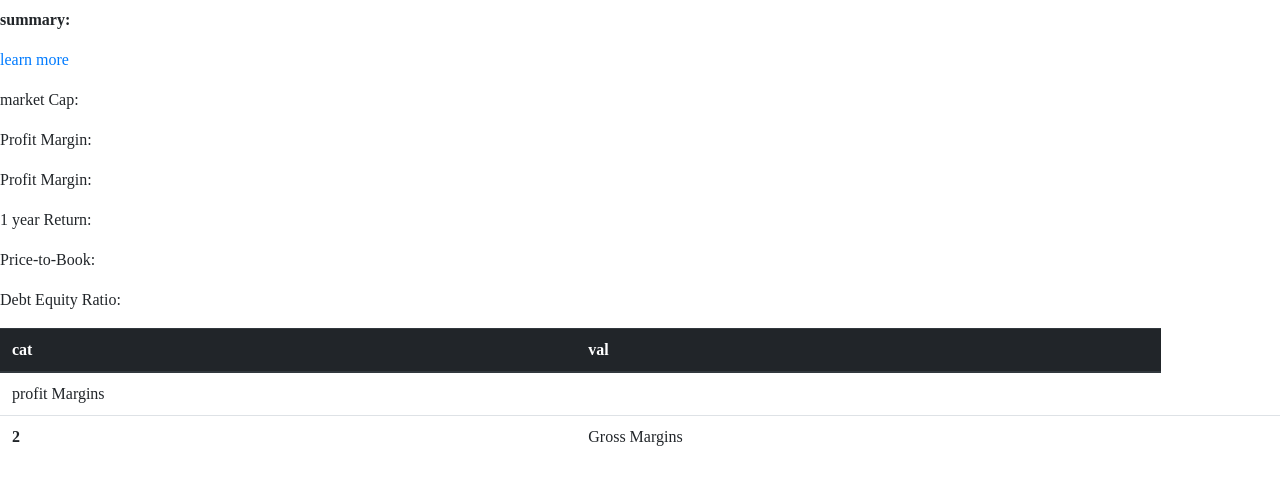
Repository: brendan12372/theSite
Page: topTen/templates/stocks/stock_detail.html
These files come from the project's save history. The page is drawn as it stood at one moment and after the next save; the edit follows.
The browser window is 1280 px wide. The pictures show the whole page.
Some web libraries are served in a nearby version. The page is served by the project's application, run on Django 4.2 (manage.py). Other server files are loaded and not shown. The template is opened directly, without the code that normally fills it, so the values that code supplies are empty.

Above is the page before, as saved 2022-03-15 00:07:18.

### topTen/templates/stocks/stock_detail.html
{% load static %}
{{ static }}

<html lang="en">
  <head>
    <!-- Required meta tags -->
    <meta charset="utf-8">
    <meta name="viewport" content="width=device-width, initial-scale=1, shrink-to-fit=no">

    <!-- Bootstrap CSS -->
    <link rel="stylesheet" href="https://cdn.jsdelivr.net/npm/bootstrap@4.0.0/dist/css/bootstrap.min.css" integrity="sha384-Gn5384xqQ1aoWXA+058RXPxPg6fy4IWvTNh0E263XmFcJlSAwiGgFAW/dAiS6JXm" crossorigin="anonymous">
    <link rel="stylesheet" type="text/css" href="{% static 'topTen/style.css' %}"><!doctype html>

    <title>Hello, world!</title>
  </head>
  <body>

    <h1 class="display-3 text-center">{{ object.shortName }}</h1>
    <p class="text-start font-weight-bold"> summary:</p><p>{{ object.summary }}</p>
    <p>{{object.news}}<a href={{object.link}}>learn more</a> </p>

    <p>market Cap: {{ object.marketCap }}</p>


    <p>Profit Margin: {{ object.profitMargins }}</p>
    <p>Profit Margin: {{ object.grossMargins }}</p>
    <p>1 year Return: {{ object.yearReturn }}</p>
    <p>Price-to-Book: {{ object.PriceToBook}}</p>
    <p>Debt Equity Ratio: {{ object.debtEquityRatio}}</p>

    <table class="table">
      <thead class="thead-dark">
        <tr>
          <th scope="col">cat</th>
          <th scope="col">val</th>
        </tr>
      </thead>
      <tbody>
        <tr>
          <td>profit Margins</td>
          <td>{{object.profitMargins}}</td>
        </tr>
        <tr>
          <th scope="row">2</th>
          <td>Gross Margins</td>
          <td>{{object.grossMargins}}</td>
        </tr>

      </tbody>
    </table>




    <!-- Optional JavaScript -->
    <!-- jQuery first, then Popper.js, then Bootstrap JS -->
    <script src="https://code.jquery.com/jquery-3.2.1.slim.min.js" integrity="sha384-KJ3o2DKtIkvYIK3UENzmM7KCkRr/rE9/Qpg6aAZGJwFDMVNA/GpGFF93hXpG5KkN" crossorigin="anonymous"></script>
    <script src="https://cdn.jsdelivr.net/npm/popper.js@1.12.9/dist/umd/popper.min.js" integrity="sha384-ApNbgh9B+Y1QKtv3Rn7W3mgPxhU9K/ScQsAP7hUibX39j7fakFPskvXusvfa0b4Q" crossorigin="anonymous"></script>
    <script src="https://cdn.jsdelivr.net/npm/bootstrap@4.0.0/dist/js/bootstrap.min.js" integrity="sha384-JZR6Spejh4U02d8jOt6vLEHfe/JQGiRRSQQxSfFWpi1MquVdAyjUar5+76PVCmYl" crossorigin="anonymous"></script>
  </body>
</html>

### tutorial/urls.py
from django.urls import path, include
from django.contrib import admin

urlpatterns = [
path('admin/', admin.site.urls),
path('', include('stocks.urls')),
path('topTen/', include('topTen.urls')),

]

### stocks/urls.py
from django.urls import path
from stocks import views
from django.contrib import admin

urlpatterns = [
    # path('stocks/', views.stocks_list),
    path('', views.stocks_list2),
    path('<int:pk>/', views.stocks_detail),
    path('<str:sector>/<str:sortBy>/<str:dir>', views.stocks_list),
    path('sectors/<str:sortBy>/<str:dir>', views.sector_list),

]

### topTen/urls.py
from django.urls import path
from topTen import views
urlpatterns = [
    # path('front/', views.front_list),
    # path('front/<int:pk>/', views.stocks_detail),
    path('sector/', views.sector_view,name='sector'),
    path('home/', views.vTwo,name='sort'),
    path('',views.home,name='home'),
    path('<int:pk>/', views.detail.as_view(),name='detail'),


]

### topTen/static/topTen/style.css
 /* Navbar container */
 .theOptions{
  background-color:lightblue;
  text-align: left;
     padding-left: 10%;
}
 article{
margin-top:30px;
 }
 body{
          font-family: "Noto Serif Armenian Light";

 }
.Key{
    background-color: lightblue;
}

.theList{
  background-color:darkgrey;
  text-align: left;
  margin-top: 5px;
    font-family: "Times";
}
p{
         font-family: "Noto Serif Armenian Light";

}
 .navbar {
  overflow: hidden;
  background-color: darkgrey;
  font-family: 'Noto Serif Armenian Light';
     margin-bottom: 30px;
}
 body {
   background-color:'green'
 }

/* Links inside the navbar */
.navbar a {
  float: left;
  font-size: 16px;
  color: white;
  text-align: center;
  padding: 14px 16px;
  text-decoration: none;
}

/* The dropdown container */
.dropdown {
  float: left;
  overflow: hidden;
}

/* Dropdown button */
.dropdown .dropbtn {
  font-size: 16px;
  border: none;
  outline: none;
  color: white;
  padding: 14px 16px;
  background-color: inherit;
  font-family: inherit; /* Important for vertical align on mobile phones */
  margin: 0; /* Important for vertical align on mobile phones */
}

/* Add a red background color to navbar links on hover */
.navbar a:hover, .dropdown:hover .dropbtn {
  background-color: red;
}

/* Dropdown content (hidden by default) */
.dropdown-content {
  display: none;
  position: absolute;
  background-color: #f9f9f9;
  min-width: 160px;
  box-shadow: 0px 8px 16px 0px rgba(0,0,0,0.2);
  z-index: 1;
}

/* Links inside the dropdown */
.dropdown-content a {
  float: none;
  color: black;
  padding: 12px 16px;
  text-decoration: none;
  display: block;
  text-align: left;
}

/* Add a grey background color to dropdown links on hover */
.dropdown-content a:hover {
  background-color: #ddd;
}

/* Show the dropdown menu on hover */
.dropdown:hover .dropdown-content {
  display: block;
}
label {
  ;
}

After the next save:
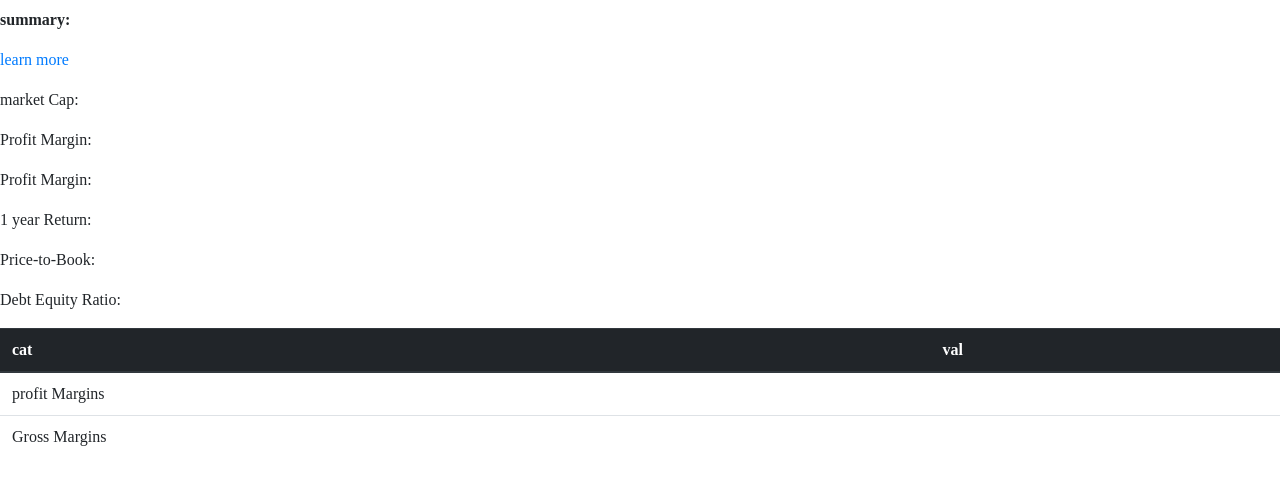
Saved 10 s later.
--- a/topTen/templates/stocks/stock_detail.html
+++ b/topTen/templates/stocks/stock_detail.html
@@ -41,7 +41,6 @@
           <td>{{object.profitMargins}}</td>
         </tr>
         <tr>
-          <th scope="row">2</th>
           <td>Gross Margins</td>
           <td>{{object.grossMargins}}</td>
         </tr>
